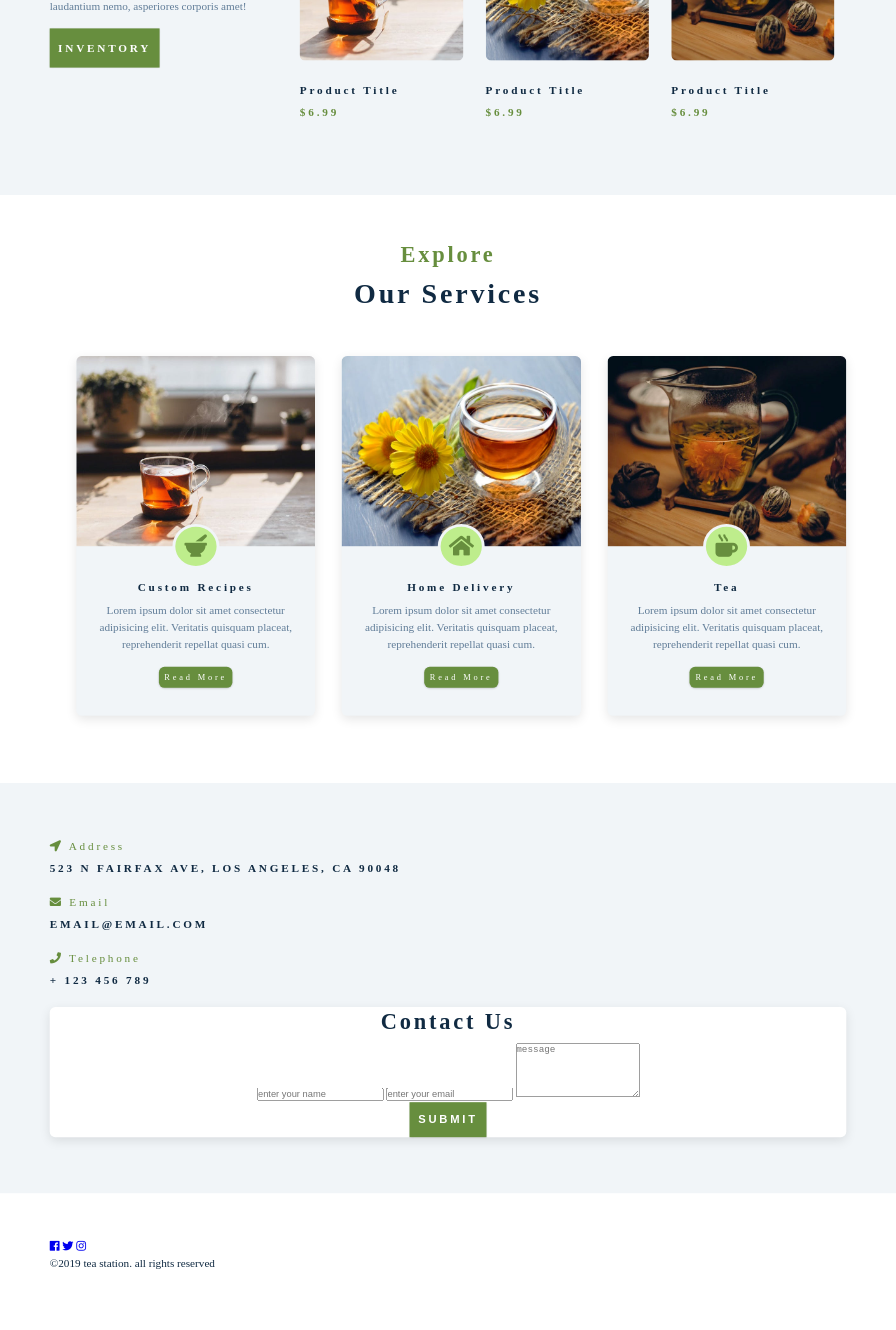
Repository: Ndifoinhilary/building_tea_site
Page: index.html
These files come from the project's save history. The page is drawn as it stood at one moment and after the next save; the edit follows.
The browser window is 1280 px wide. The pictures show the part of the page from y = 1912 to 3832 px (the page is 3812 px tall before and 3832 px after), at 70% of full size.
Backgrounds fixed to the window are drawn as part of the page. Some web fonts or font styles are not loaded; a fallback is used.

Above is the page before, as saved 2024-01-06 17:05:17.

After the next save:
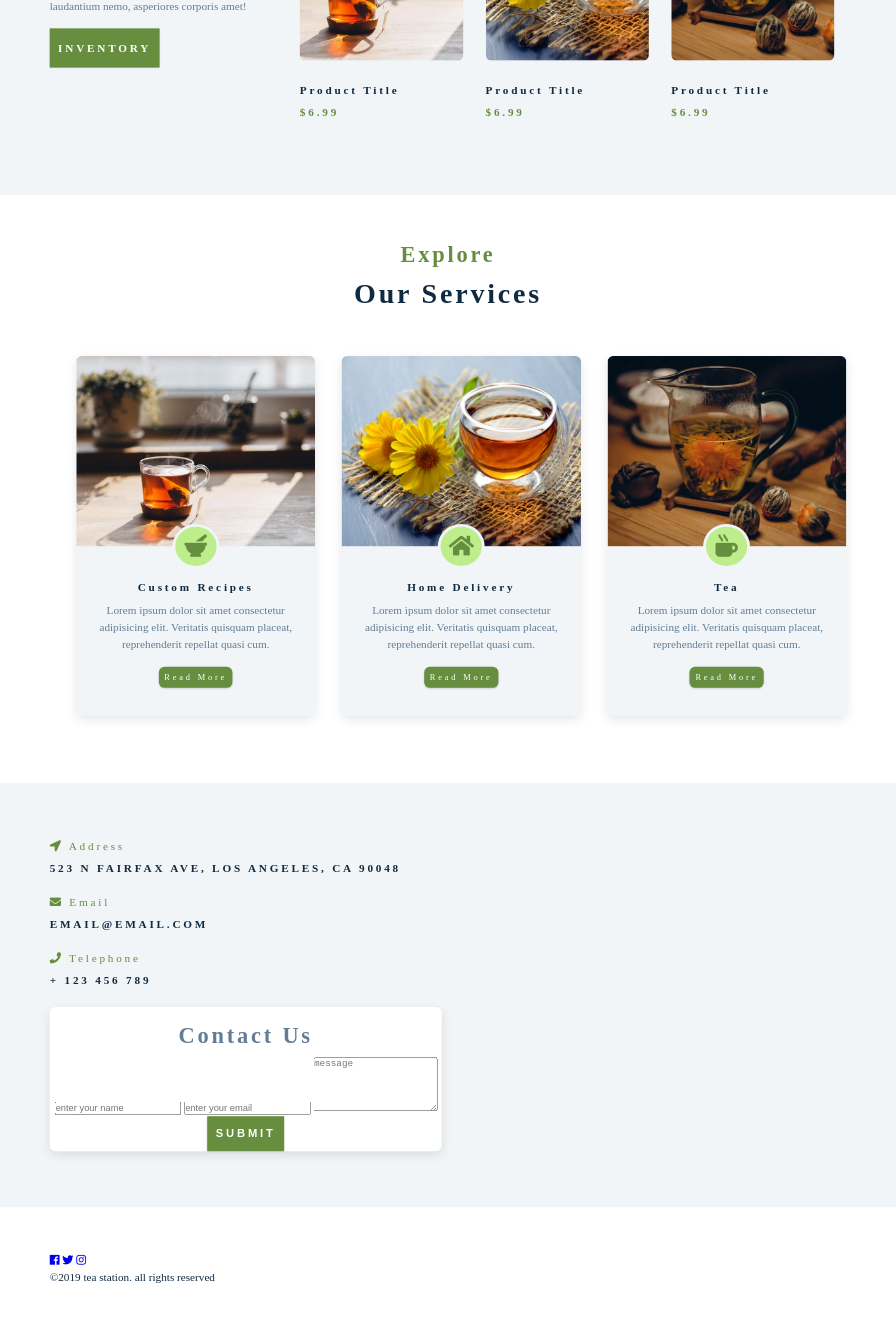
Saved 2 min 33 s later.
--- a/css/styles.css
+++ b/css/styles.css
@@ -464,8 +464,14 @@ form section
   -moz-transition: var(--transition);
   -ms-transition: var(--transition);
   -o-transition: var(--transition);
+  max-width: 35rem;
 }
 
 .contact-form:hover{
   box-shadow: 0 5px 15px rgba(0, 0, 0,0.2);
 }
+
+.contact-form h3 {
+  padding-top: 1.25rem;
+  color: var(--clr-grey-5);
+}
